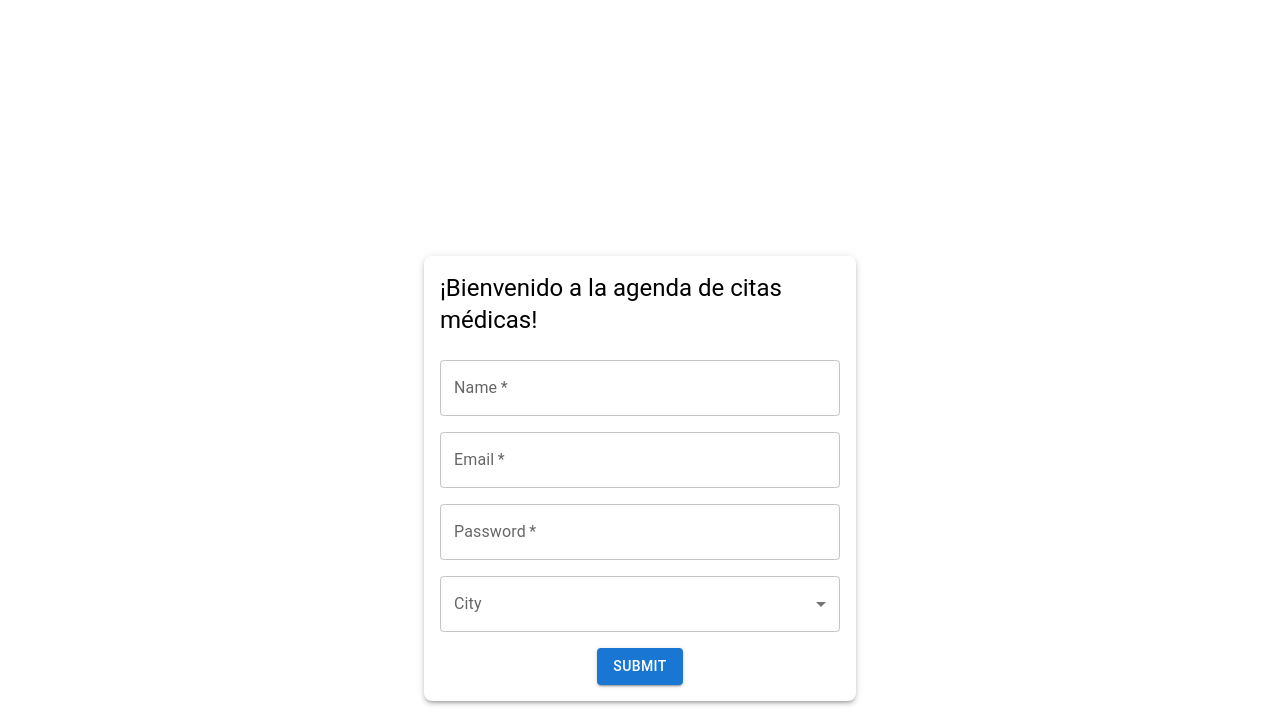
Repository: nicoleabaddd/FormReactJs
Page: /
An editor plug-in stored every save of this project. The page is shown before and after the next save, followed by the edit.
The browser window is 1280 px wide. The pictures show the whole page.
The project was rebuilt for these pictures with package versions that can differ from the ones it lists, and the page was loaded fresh each time. Also part of the build but not shown: src/App.css.

Above is the page before, as saved 2024-07-15 00:56:12.

After the next save:
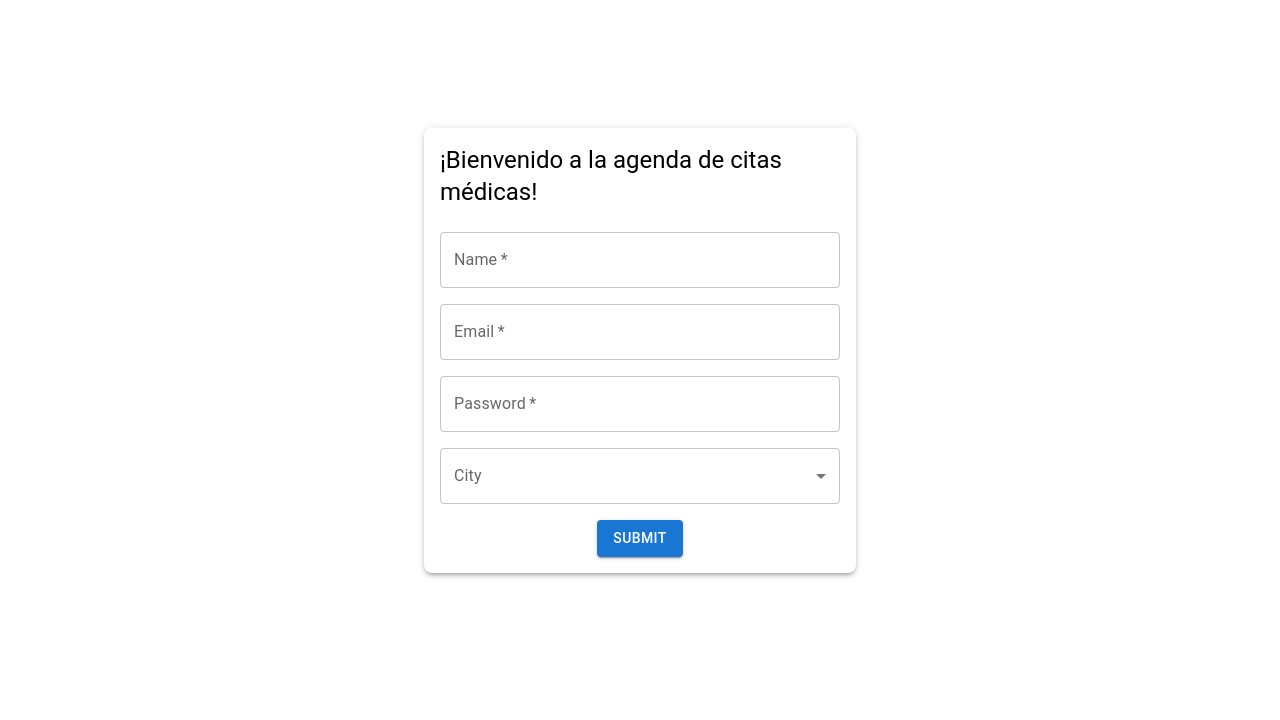
Saved 9 s later.
--- a/src/pages/formPages.jsx
+++ b/src/pages/formPages.jsx
@@ -4,7 +4,7 @@ import Forms from "../components/formulario";
 
 const FormPages=()=> {
     return (
-        <Box sx={{marginTop: "20%"}}> <Forms/></Box>
+        <Box sx={{marginTop: "10%"}}> <Forms/></Box>
     )
 };
 
